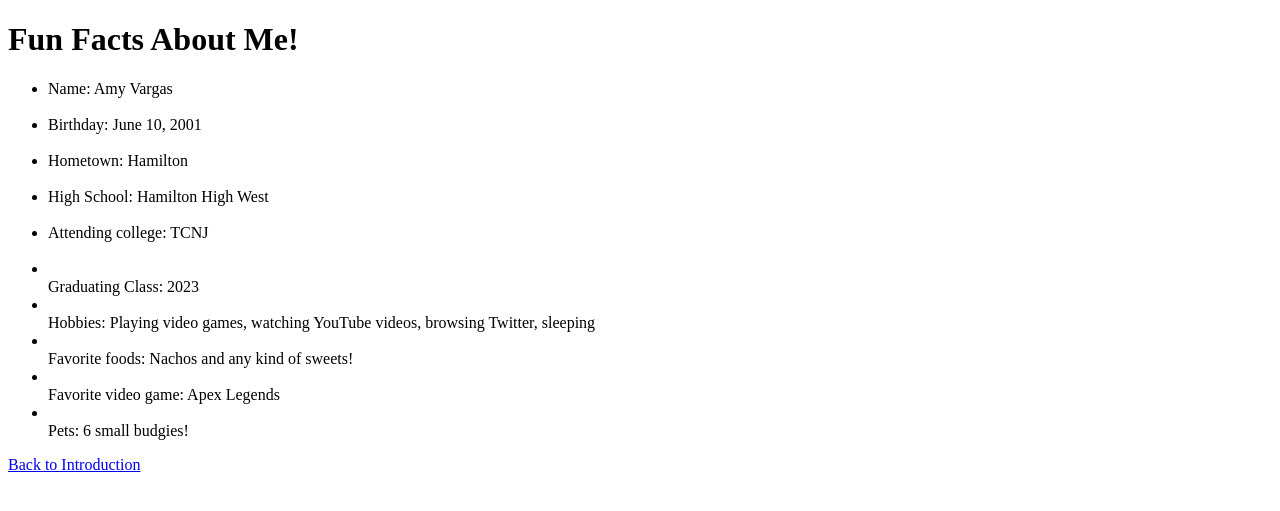
Repository: A-Vargas-GP/imm_my_website
Page: personal_site/personal/personal_facts.html
The author's editor kept a record of every edit. The page is drawn from the files as they stood at one moment, then again after the next edit.
The browser window is 1280 px wide. The pictures show the whole page.

Above is the page before.

After the next edit:
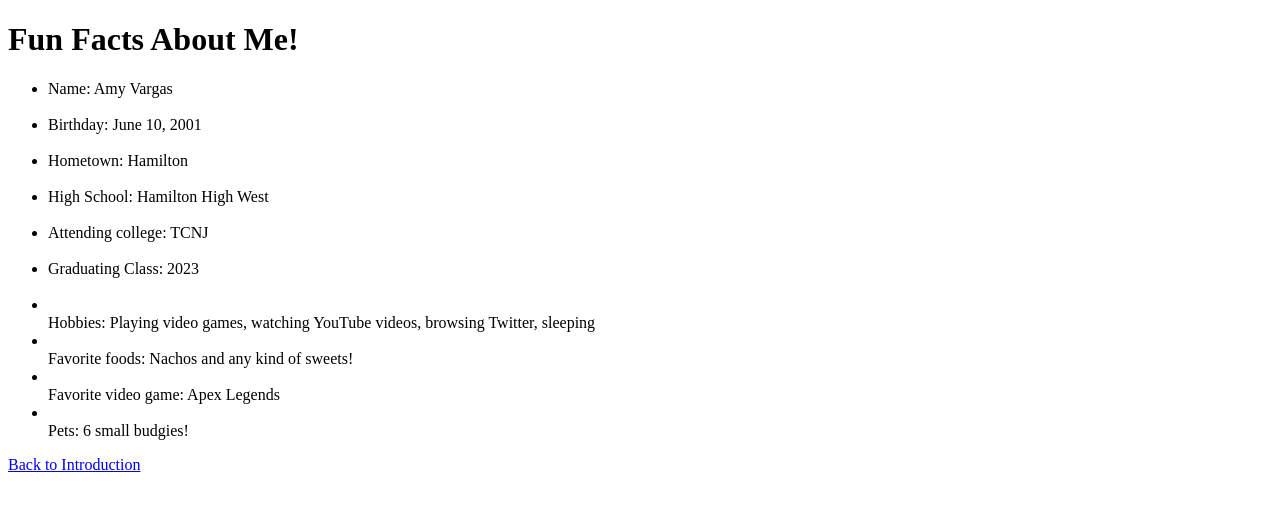
The edit:
--- a/personal_site/personal/personal_facts.html
+++ b/personal_site/personal/personal_facts.html
@@ -18,7 +18,7 @@
                 </br>
                 <li> Attending college: TCNJ </li>
                 </br>
-                <li> </li>Graduating Class: 2023
+                <li> Graduating Class: 2023 </li>
                 </br>
                 <li> </li>Hobbies: Playing video games, watching YouTube videos, browsing Twitter, sleeping
                 </br>
